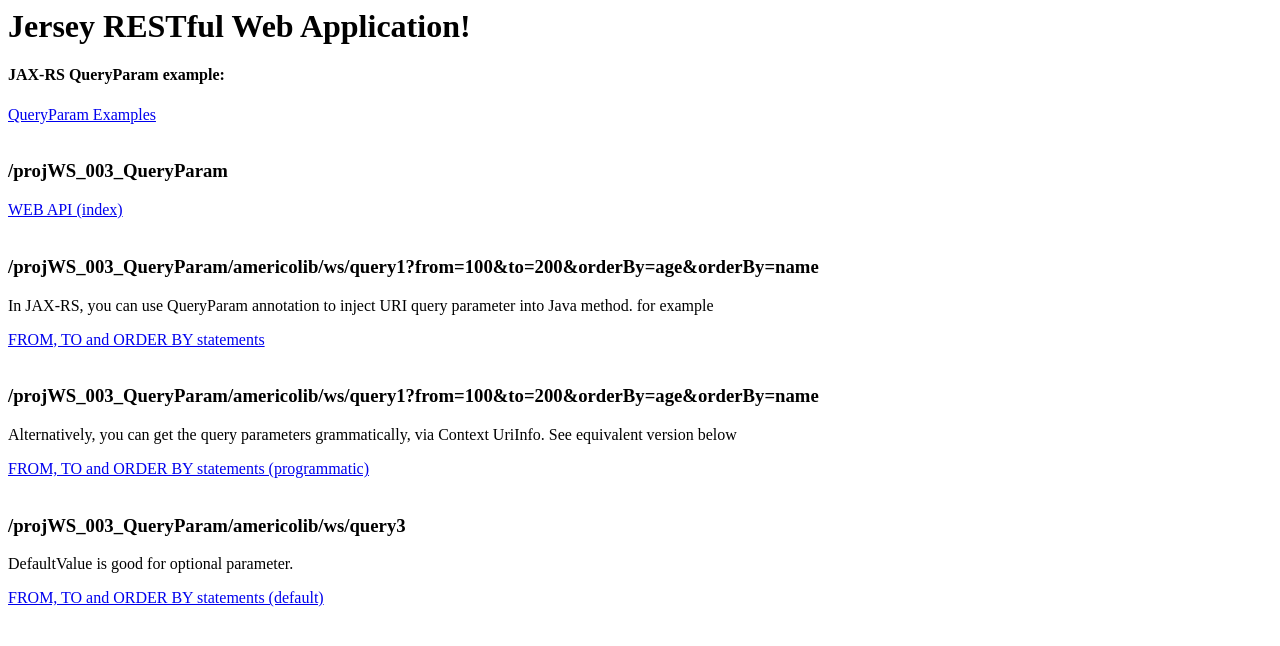
Repository: atafs/BackEnd_JAX-RS_REST_2continue
Page: http://localhost/projWS_003_QueryParam/
These files come from the project's save history. The page is drawn as it stood at one moment and after the next save; the edit follows.
The browser window is 1280 px wide. The pictures show the whole page.
The page is served by Tomcat 9.

Above is the page before, as saved 2016-05-02 10:14:28.

After the next save:
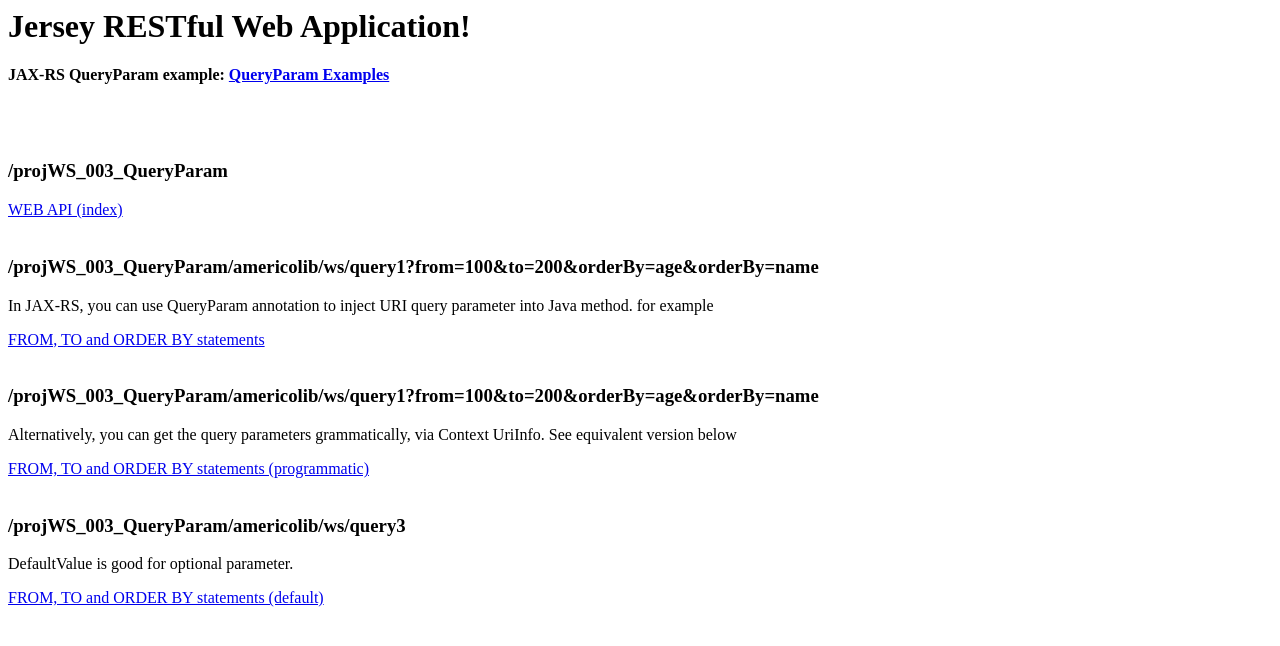
Saved 13 s later.
--- a/projWS_003_QueryParam/src/main/webapp/index.jsp
+++ b/projWS_003_QueryParam/src/main/webapp/index.jsp
@@ -5,7 +5,8 @@
 
 
 	<!-- TEXT -->
-	<h4>JAX-RS QueryParam example: </h4><a href="http://www.mkyong.com/webservices/jax-rs/jax-rs-queryparam-example/">QueryParam Examples</a><br/><br/>
+	<h4>JAX-RS QueryParam example: <a href="http://www.mkyong.com/webservices/jax-rs/jax-rs-queryparam-example/">QueryParam Examples</a></h4>
+	<br/><br/>
 
 
 	<!-- LINKS -->
